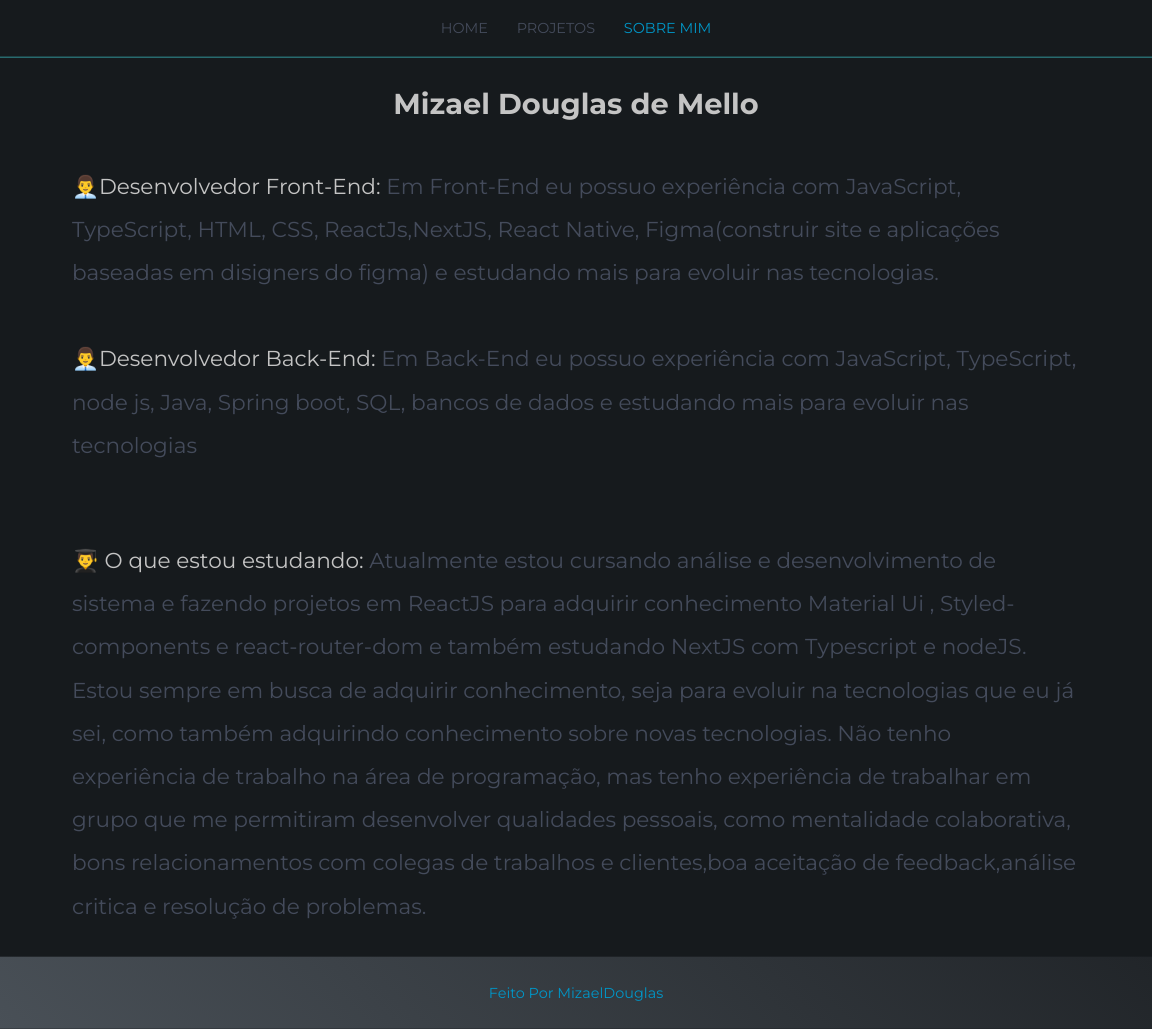
Repository: Mizaeldouglas/New-Portifolio
Page: /sobre
These files come from the project's save history. The page is drawn as it stood at one moment and after the next save; the edit follows.
The browser window is 1280 px wide. The pictures show the whole page, at 90% of full size.
The project was rebuilt for these pictures with package versions that can differ from the ones it lists, and the page was loaded fresh each time. The framework's server and built-in components were replaced by stand-ins that run in the browser. Also part of the build but not shown: next.config.js.

Above is the page before, as saved 2022-07-05 20:57:12.

### src/pages/_app.tsx
import { ThemeProvider } from 'styled-components';
import { Footer } from '../components/Footer';
import Header from '../components/Header';

import GlobalStyles from '../styles/global';
import theme from '../styles/theme';

function MyApp({ Component, pageProps }) {
  return (
    <ThemeProvider theme={theme}>
      <Header />
      <Component {...pageProps} />
      <GlobalStyles />
      <Footer />
    </ThemeProvider>
  );
}

export default MyApp;

### src/pages/_document.tsx
import Document, {
  DocumentContext,
  DocumentInitialProps,
  Head,
  Html,
  Main,
  NextScript
} from 'next/document';

import { ServerStyleSheet } from 'styled-components';

export default class MyDocument extends Document {
  static async getInitialProps(
    ctx: DocumentContext
  ): Promise<DocumentInitialProps> {
    const sheet = new ServerStyleSheet();
    const originalRenderPage = ctx.renderPage;

    try {
      ctx.renderPage = () =>
        originalRenderPage({
          enhanceApp: App => props => sheet.collectStyles(<App {...props} />)
        });

      const initialProps = await Document.getInitialProps(ctx);
      return {
        ...initialProps,
        styles: (
          <>
            {initialProps.styles}
            {sheet.getStyleElement()}
          </>
        )
      };
    } finally {
      sheet.seal();
    }
  }

  render() {
    return (
      <Html lang="pt-br">
        <Head>
          <link rel="preconnect" href="https://fonts.googleapis.com" />
          <link rel="preconnect" href="https://fonts.gstatic.com" />
          <link
            href="https://fonts.googleapis.com/css2?family=JetBrains+Mono:wght@200&family=Montserrat:wght@300;400;500;600;700&display=swap"
            rel="stylesheet"
          />

          <meta charSet="utf-8" />
          <meta httpEquiv="X-UA-Compatible" content="IE=edge" />
        </Head>
        <body>
          <Main />
          <NextScript />
        </body>
      </Html>
    );
  }
}

### src/pages/sobre/index.tsx
import { SobreContainer } from '../../styles/SobreStyles';

export default function Sobre() {
  return (
    <SobreContainer>
      <main>
        <h1>Mizael Douglas de Mello</h1>
        <p className="tecnologias">
          👨‍💼<span>Desenvolvedor Front-End:</span> Em Front-End eu possuo
          experiência com JavaScript, TypeScript, HTML, CSS, ReactJs,NextJS,
          React Native, Figma(construir site e aplicações baseadas em disigners
          do figma) e estudando mais para evoluir nas tecnologias.
        </p>
        <p className="tecnologias">
          👨‍💼<span>Desenvolvedor Back-End:</span> Em Back-End eu possuo
          experiência com JavaScript, TypeScript, node js, Java, Spring boot,
          SQL, bancos de dados e estudando mais para evoluir nas tecnologias
        </p>
        <p className="estudos">
          👨‍🎓 <span>O que estou estudando:</span> Atualmente estou cursando
          análise e desenvolvimento de sistema e fazendo projetos em ReactJS
          para adquirir conhecimento Material Ui , Styled-components e
          react-router-dom e também estudando NextJS com Typescript e nodeJS.
          Estou sempre em busca de adquirir conhecimento, seja para evoluir na
          tecnologias que eu já sei, como também adquirindo conhecimento sobre
          novas tecnologias. Não tenho experiência de trabalho na área de
          programação, mas tenho experiência de trabalhar em grupo que me
          permitiram desenvolver qualidades pessoais, como mentalidade
          colaborativa, bons relacionamentos com colegas de trabalhos e
          clientes,boa aceitação de feedback,análise critica e resolução de
          problemas.
        </p>
      </main>
    </SobreContainer>
  );
}

### src/components/Footer/index.tsx
import { Container } from './styles';

export function Footer() {
  return (
    <Container>
      <p>Feito Por MizaelDouglas</p>
    </Container>
  );
}

### src/components/Header/index.tsx
import { Container } from './styles';
import NavLink from './NavLink';

function Header() {
  return (
    <Container>
      <ul>
        <NavLink title="Home" path="/" />
        <NavLink title="Projetos" path="/projetos" includes />
        <NavLink title="Sobre Mim" path="/sobre" />
      </ul>
    </Container>
  );
}
export default Header;

### src/styles/global.ts
import { lighten } from 'polished';
import { createGlobalStyle } from 'styled-components';

export default createGlobalStyle`
  * {
    margin: 0;
    padding: 0;
    box-sizing: border-box;
    font-family: 'Montserrat', sans-serif;
    ::-webkit-scrollbar {
      width: 8px;
      height: 5px;
    }
    ::-webkit-scrollbar-thumb {
      background: ${({ theme }) => theme.textHighlight};
      border-radius: 10px;
    }
    ::-webkit-scrollbar-track{
      background: ${({ theme }) => lighten(0.4, theme.textHighlight)};
    }
  }
  body {
    background: ${props => props.theme.background};
    font: 400 1rem 'Montserrat', sans-serif;
  }
  img {
    width: 100%;
    max-width: 100%;
  }
  ul {
    list-style: none;
  }
  button {
    cursor: pointer;
  }
  a {
    text-decoration: none;
  }
  .container {
    width: 100%;
    margin: 0 auto;
    max-width: 85rem;
    padding: 0 1rem;
    padding-bottom: 30px;
    @media(max-width:1450px) {
      max-width: 70rem;
    }
    @media(max-width:1000px) {
      max-width: 50rem;
    }
    @media(max-width:700px) {
      padding: 0 2rem;
    }
  }
`;

### src/styles/theme.ts
const theme = {
  background: '#161a1d',
  backgroundLight: '#34a0a4',
  primary: '#0096c7',
  secondary: '#023e8a',
  gradient: 'linear-gradient(225deg, #212529 0%, #495057 100%);',
  text: '#848DA0',
  textHighlight: '#444B5B',
  textLight: '#C4C4C4',
  border: '#313958',
  inputBackground: '#1E253E',
  error: '#d45d5d'
};

export default theme;

### src/styles/SobreStyles.ts
import styled from 'styled-components';

export const SobreContainer = styled.div`
  display: flex;
  flex-direction: column;
  width: 100%;
  height: 100%;

  main {
    margin-top: 2rem;
    margin-bottom: 2rem;
    width: 100%;
    padding: 0 5rem;
    h1 {
      text-align: center;
      color: ${({ theme }) => theme.textLight};
    }
    p {
      font-size: 1.5rem;
      line-height: 2;
      color: ${({ theme }) => theme.textHighlight};
    }
    span {
      color: ${({ theme }) => theme.textLight};
    }
    .tecnologias {
      margin-top: 3rem;
    }
    .estudos {
      margin-top: 5rem;
    }
  }
`;

### src/components/Footer/styles.ts
import styled from 'styled-components';

export const Container = styled.div`
  width: 100%;
  height: 5rem;
  background: ${({ theme }) => theme.gradient};
  color: ${({ theme }) => theme.primary};
  display: flex;
  align-items: center;
  justify-content: center;
`;

### src/components/Header/styles.ts
import { lighten } from 'polished';
import styled from 'styled-components';

interface NavProps {
  isActive: boolean;
}

export const Container = styled.header`
  width: 100%;
  display: flex;
  align-items: center;
  justify-content: center;
  height: 4rem;
  border-bottom: 1px solid ${({ theme }) => theme.backgroundLight};

  ul {
    display: flex;
    gap: 2rem;
    align-items: center;
  }
`;
export const NavLinkContainer = styled.li<NavProps>`
  a {
    text-transform: uppercase;
    color: ${props =>
      props.isActive ? props.theme.primary : props.theme.textHighlight};
    transition: 0.5s;
    &:hover {
      color: ${props =>
        props.isActive
          ? lighten(0.2, props.theme.primary)
          : lighten(0.2, props.theme.textHighlight)};
    }
  }
`;

### src/components/Header/NavLink.tsx
import Link from 'next/link';
import { useRouter } from 'next/router';
import { NavLinkContainer } from './styles';

interface Props {
  title: string;
  path: string;
  includes?: boolean;
}

export default function navLink({ title, path, includes = false }: Props) {
  const router = useRouter();

  function verifyIfIsActive() {
    if (includes) {
      return router.pathname.includes(path);
    }
    return path === router.pathname;
  }

  const isActive = verifyIfIsActive();

  return (
    <NavLinkContainer isActive={isActive}>
      <Link href={path}>
        <a>{title}</a>
      </Link>
    </NavLinkContainer>
  );
}

After the next save:
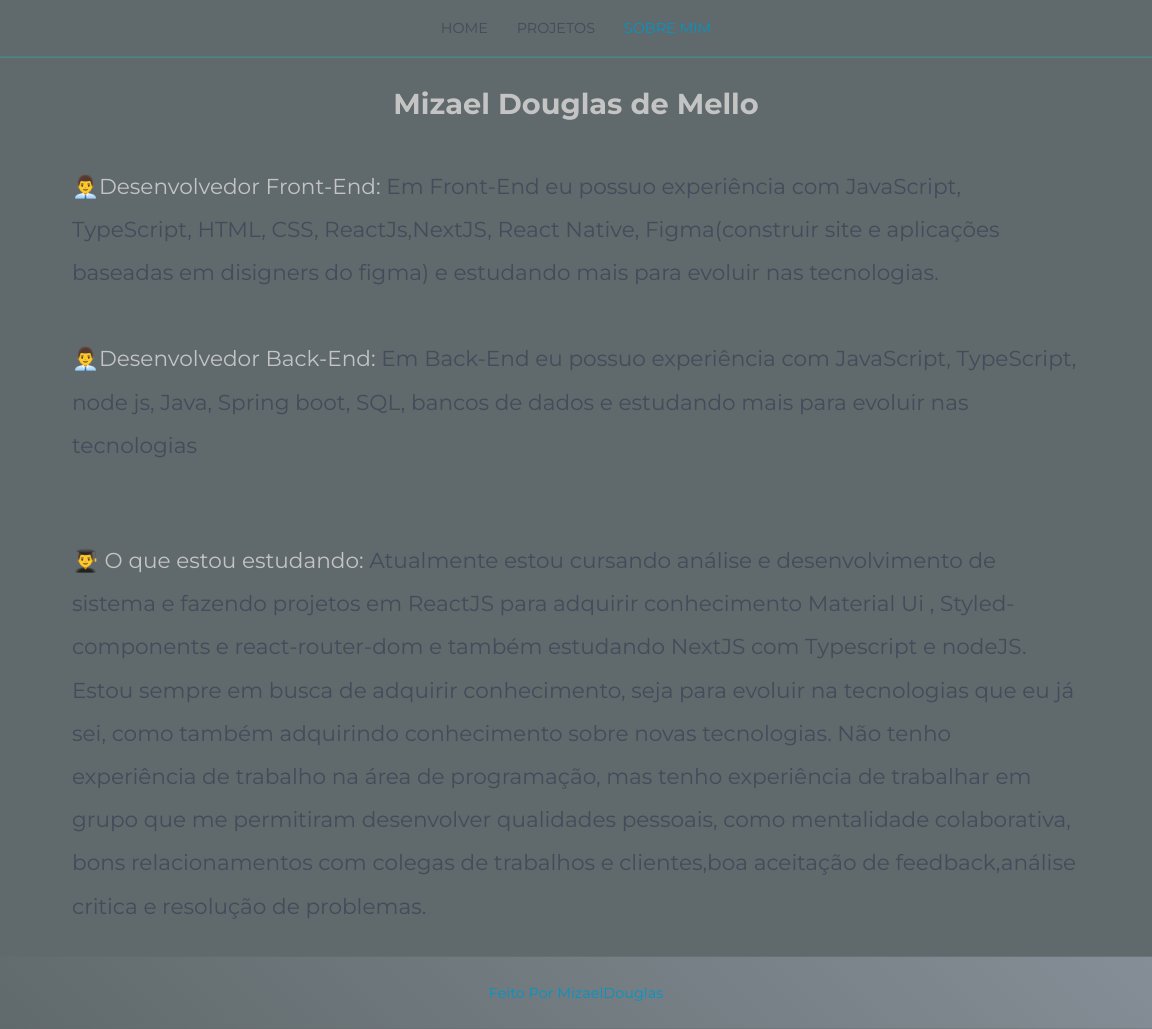
Saved 2 min 55 s later.
--- a/src/styles/theme.ts
+++ b/src/styles/theme.ts
@@ -1,9 +1,9 @@
 const theme = {
-  background: '#161a1d',
+  background: '#60696B',
   backgroundLight: '#34a0a4',
   primary: '#0096c7',
   secondary: '#023e8a',
-  gradient: 'linear-gradient(225deg, #212529 0%, #495057 100%);',
+  gradient: 'linear-gradient(225deg, #858E96 0%, #60696B 100%);',
   text: '#848DA0',
   textHighlight: '#444B5B',
   textLight: '#C4C4C4',
